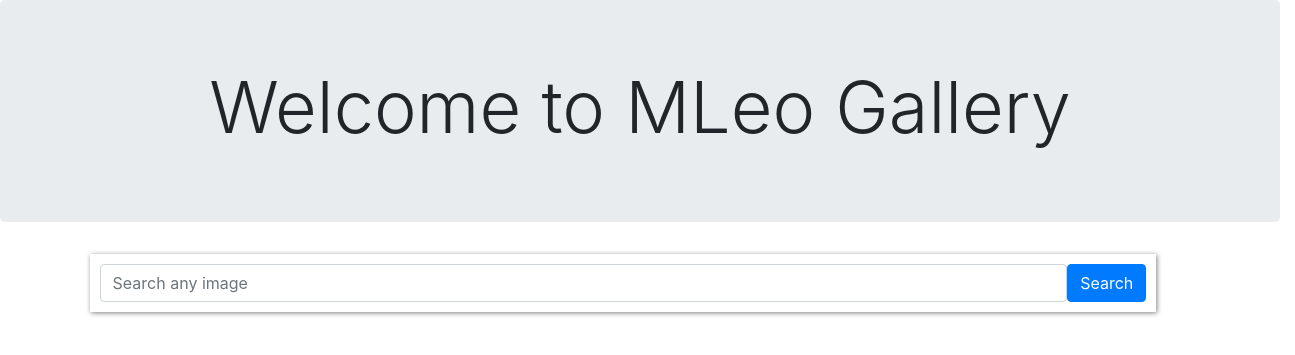
Repository: the-manohar/gallery
Page: /
These files come from the project's save history. The page is drawn as it stood at one moment and after the next save; the edit follows.
The browser window is 1280 px wide. The page is 1295 px wide, so the pictures cover 1295 px, including what lies to the right of the window. The pictures show the whole page.
The project was rebuilt for these pictures with package versions that can differ from the ones it lists, and the page was loaded fresh each time.

Above is the page before, as saved 2020-06-18 23:35:52.

### src/index.js
import React from "react";
import ReactDOM from "react-dom";
import "./index.css";
import "bootstrap/dist/css/bootstrap.css";
import App from "./App";
import * as serviceWorker from "./serviceWorker";

ReactDOM.render(
  <React.StrictMode>
    <App />
  </React.StrictMode>,
  document.getElementById("root")
);

// If you want your app to work offline and load faster, you can change
// unregister() to register() below. Note this comes with some pitfalls.
// Learn more about service workers: https://bit.ly/CRA-PWA
serviceWorker.unregister();

### src/App.js
import React, { useState } from "react";
import { Button, InputGroup, Input, Jumbotron, Spinner } from "reactstrap";

import "./App.css";

function App() {
  const [value, setValue] = useState("");
  const [result, setResult] = useState([]);
  const fetchImages = () => {
    fetch(
      `https://api.unsplash.com/search/photos/?client_id=V38aA4zOjg1Xb1lBpNRUAK8duXvqwhDHHJbssXB_Pps&query=${value}&orientation=squarish&per_page=18`
    )
      .then((res) => res.json())
      .then((data) => {
        setResult(data.results);
      });
  };
  return (
    <div className="row">
      <div className="App col-sm-5 col-md-12 col-xs-8">
        <Jumbotron>
          <h1 className="display-3">Welcome to MLeo Gallery</h1>
        </Jumbotron>
        <div className="mydiv col-sm-4 col-md-10 col-xs-4">
          <InputGroup>
            <Input
              placeholder="Search any image"
              value={value}
              onChange={(event) => setValue(event.target.value)}
            />
          </InputGroup>
          <Button color="primary" onClick={() => fetchImages()}>
            Search
          </Button>
        </div>

        {result.length > 0 ? (
          <div className="col-sm-12">
            {result.map((item) => {
              return (
                <img
                  className=" img-thumbnail"
                  key={item.id}
                  src={item.urls.small}
                  alt={item.urls.small}
                />
              );
            })}
          </div>
        ) : null
        // <Spinner style={{ width: "3rem", height: "3rem" }} />
        }
      </div>
    </div>
  );
}

export default App;

//

### src/App.css
.App {
  text-align: center;
}
.mydiv {
  display: flex;
  justify-content: space-around;
  margin: 10px 7%;
  box-shadow: 1px 1px 5px grey;
  padding: 10px;
}

.gallery {
  display: flex;
  flex-wrap: wrap;
  justify-content: space-around;
}
.item {
  width: 30%;
  margin: 5px;
}

Loaded but not shown: public/index.html (common file); src/index.css (common file); src/serviceWorker.js (common file)

After the next save:
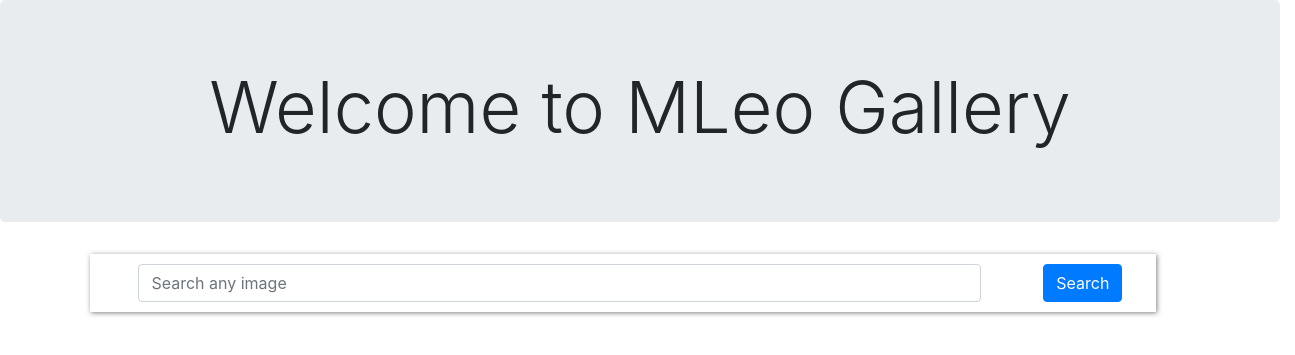
Saved 50 s later.
--- a/src/App.js
+++ b/src/App.js
@@ -22,7 +22,7 @@ function App() {
           <h1 className="display-3">Welcome to MLeo Gallery</h1>
         </Jumbotron>
         <div className="mydiv col-sm-4 col-md-10 col-xs-4">
-          <InputGroup>
+          <InputGroup className="col-sm-4 col-md-10 col-xs-4">
             <Input
               placeholder="Search any image"
               value={value}
@@ -34,21 +34,22 @@ function App() {
           </Button>
         </div>
 
-        {result.length > 0 ? (
-          <div className="col-sm-12">
-            {result.map((item) => {
-              return (
-                <img
-                  className=" img-thumbnail"
-                  key={item.id}
-                  src={item.urls.small}
-                  alt={item.urls.small}
-                />
-              );
-            })}
-          </div>
-        ) : null
-        // <Spinner style={{ width: "3rem", height: "3rem" }} />
+        {
+          result.length > 0 ? (
+            <div className="col-sm-12">
+              {result.map((item) => {
+                return (
+                  <img
+                    className=" img-thumbnail"
+                    key={item.id}
+                    src={item.urls.small}
+                    alt={item.urls.small}
+                  />
+                );
+              })}
+            </div>
+          ) : null
+          // <Spinner style={{ width: "3rem", height: "3rem" }} />
         }
       </div>
     </div>
